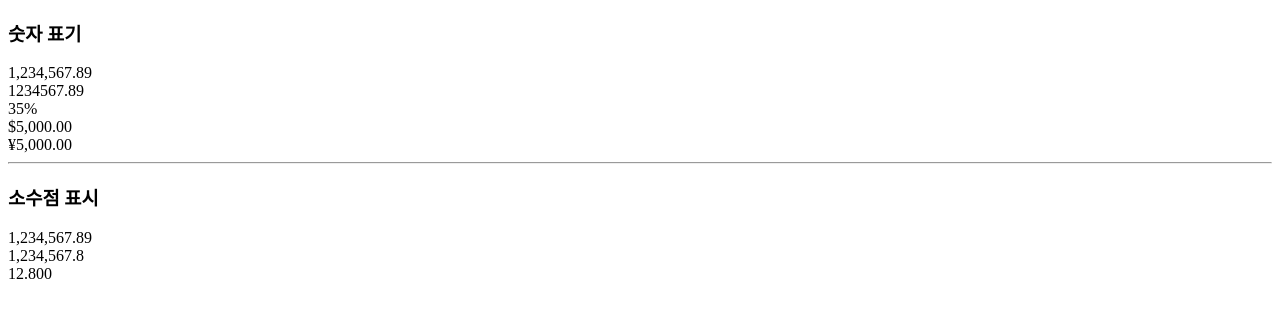
Repository: YooMyeongSeon/JSP_Servlet_Study
Page: http://localhost/web07/Ex_21.jsp
These files come from the project's save history. The page is drawn as it stood at one moment and after the next save; the edit follows.
The browser window is 1280 px wide. The pictures show the whole page.
The page is served by Tomcat 9. Other server files are loaded and not shown.

Above is the page before, as saved 2022-06-10 07:32:02.

### web07/WebContent/Ex_21.jsp
<%@ page language="java" contentType="text/html; charset=UTF-8"
    pageEncoding="UTF-8"%>
<%@ taglib prefix="fmt" uri="http://java.sun.com/jsp/jstl/fmt" %>
<!DOCTYPE html>
<html>
<head>
<meta charset="UTF-8">
<title>Insert title here</title>
</head>
<body>
	<h3>숫자 표기</h3>
	<fmt:formatNumber value="1234567.89" var="number"/> <!-- 1,234,567.89 -->
	${number}<br>
	<fmt:formatNumber value="1234567.89" groupingUsed="false" /><br> <!-- 1234567.89 -->
	<fmt:formatNumber value=".35" type="percent"/><br> <!-- 35% -->
	<fmt:formatNumber value="5000" type="currency"/><br> <!-- ₩5000 -->
	<fmt:formatNumber value="5000" type="currency" currencySymbol="¥"/> <!-- ¥5000 -->
	<hr>
	<h3>소수점 표시</h3>
	<fmt:formatNumber value="1234567.891234567" pattern="#,#00.0#"/><br> <!-- 1,s234,567.89 -->
	<fmt:formatNumber value="1234567.8" pattern="#,#00.0#"/><br> <!-- 1,s234,567.8 -->
	<fmt:formatNumber value="12.8" pattern="#,#00.000"/><br> <!-- 1,s234,567.800 -->
</body>
</html>

After the next save:
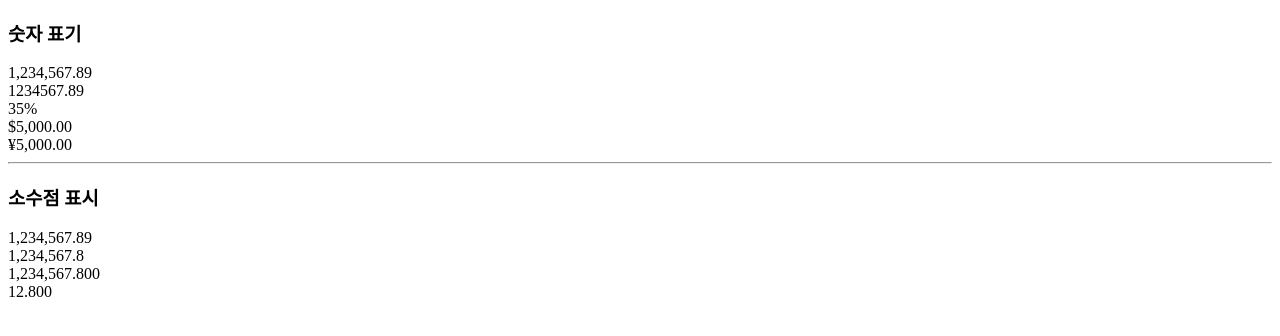
Saved 11 s later.
--- a/web07/WebContent/Ex_21.jsp
+++ b/web07/WebContent/Ex_21.jsp
@@ -19,6 +19,7 @@
 	<h3>소수점 표시</h3>
 	<fmt:formatNumber value="1234567.891234567" pattern="#,#00.0#"/><br> <!-- 1,s234,567.89 -->
 	<fmt:formatNumber value="1234567.8" pattern="#,#00.0#"/><br> <!-- 1,s234,567.8 -->
+	<fmt:formatNumber value="1234567.8" pattern="#,#00.000"/><br> <!-- 1,s234,567.800 -->
 	<fmt:formatNumber value="12.8" pattern="#,#00.000"/><br> <!-- 1,s234,567.800 -->
 </body>
 </html>
